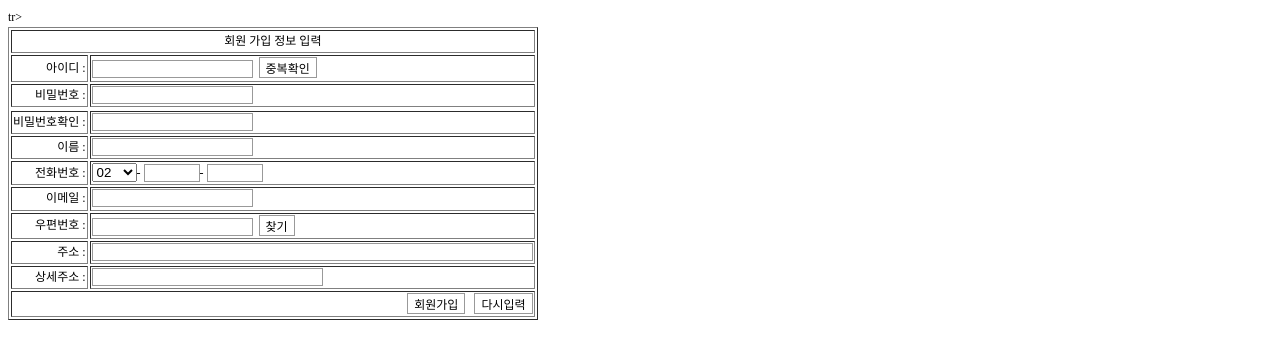
Repository: payboiC/test
Page: http://localhost/ServletProject/memberone/regForm.jsp
These files come from the project's save history. The page is drawn as it stood at one moment and after the next save; the edit follows.
The browser window is 1280 px wide. The pictures show the whole page.
The page is served by Tomcat 9. Nobody is signed in. The application's start-up code is not run. Other server files are loaded and not shown.

Above is the page before, as saved 2022-08-10 03:13:26.
Console error (its wording comes from the project's code and is left out).

### ServletProject/src/main/webapp/memberone/regForm.jsp
<%@ page language="java" contentType="text/html; charset=UTF-8"
    pageEncoding="UTF-8"%>
<!DOCTYPE html>
<html>
<head>
<meta charset="UTF-8">
<title>회원가입 폼</title>
<link rel="stylesheet" type="text/css" href="style.css">
</head>
<body>
<form action="regProc.jsp" method="post" name="regForm">
<table border="1">
<tr>
   <td colspan="2" align="center"> 회원 가입 정보 입력 </td>
</tr>

<tr>
    <td align="right"> 아이디 : </td>
    <td>
         <input type="text" name="id">&nbsp;
         <input type="button" value="중복확인" onclick="#">
    </td>
</tr>

<tr>
<td align="right"> 비밀번호 : </td>
    <td>
       <input type="password" name="pass">
    </td>

 <tr>

 <tr>
<td align="right"> 비밀번호확인 : </td>
    <td>
       <input type="password" name="repass">
    </td>

 </tr>

<tr>
<td align="right"> 이름 : </td>
    <td>
       <input type="text" name="name">
    </td>
    </tr>
 <tr>


<td align="right"> 전화번호 : </td>
    <td>
       <select name="phone1">
               <option value="02">02</option>
               <option value="010">010</option>
               <option value="011">011</option>
               <option value="033">033</option>
               <option value="032">032</option>




        </select>-
       <input type="text" name="phone2" size="5">-
       <input type="text" name="phone3" size="5">
    </td>

 </tr>
 <tr>
<td align="right"> 이메일 : </td>
    <td>
       <input type="text" name="email">
    </td>
    </tr>
 <tr>
<td align="right"> 우편번호 : </td>
    <td>
       <input type="text" name="zipcode">&nbsp;
       <input type="button" value="찾기" onclick="#">
    </td>
    </tr>

    <tr>
<td align="right"> 주소 : </td>
    <td>
       <input type="text" name="address1" size="60">
    </td>
    </tr>

    <tr>
<td align="right"> 상세주소 : </td>
    <td>
       <input type="text" name="address2" size="30">
    </td>
    </tr>
   tr>
    <td colspan="2" align="right">

         <input type="button" value="회원가입" onclick="#">&nbsp;&nbsp;
         <input type="reset" value="다시입력" >
    </td>
</tr>


</table>
</form>
</body>
</html>

### ServletProject/src/main/webapp/memberone/style.css
@charset "UTF-8";

BODY {
	FONT-SIZE:9pt;
	COLOR:black;
	LINE-HEIGHT:160%;

}
TD {
	FONT-SIZE:9pt;
	COLOR:black;
	LINE-HEIGHT:160%;

}

DIV {
	FONT-SIZE:9pt;
	COLOR:black;
	LINE-HEIGHT:160%;

}

FORM {
	FONT-SIZE:9pt;
	COLOR:black;
	LINE-HEIGHT:160%;

}

TEXTAREA{
	BORDER-RIGHT:1px solid #999999;
	border-top: 1px solid #999999;
	border-left: 1px solid #999999;
	border-bottom: 1px solid #999999;
	font-size: 9pt;
	color: black;
	background-color:white;

}

input{
	BORDER-RIGHT:1px solid #999999;
	border-top: 1px solid #999999;
	border-left: 1px solid #999999;
	border-bottom: 1px solid #999999;
	font-size: 9pt;
	color: black;
	background-color:white;

}

A:link {
	text-decoration: none;color: #696969;
}
A:hover {
	text-decoration: yes;color: #66CCFF;
}
A:visited {
	text-decoration: none;color: #330066;
}

After the next save:
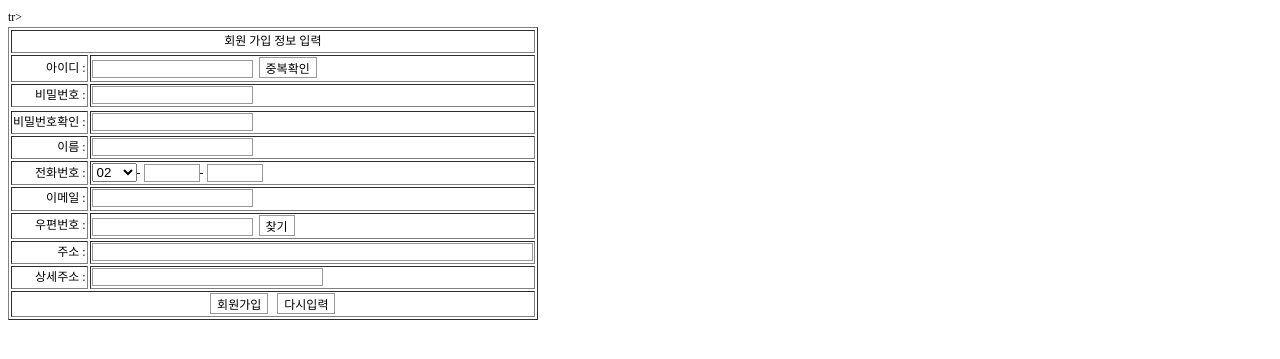
Saved 67 s later.
--- a/ServletProject/src/main/webapp/memberone/regForm.jsp
+++ b/ServletProject/src/main/webapp/memberone/regForm.jsp
@@ -93,7 +93,7 @@
     </td>
     </tr>
    tr>
-    <td colspan="2" align="right">
+    <td colspan="2" align="center">
 
          <input type="button" value="회원가입" onclick="#">&nbsp;&nbsp;
          <input type="reset" value="다시입력" >
